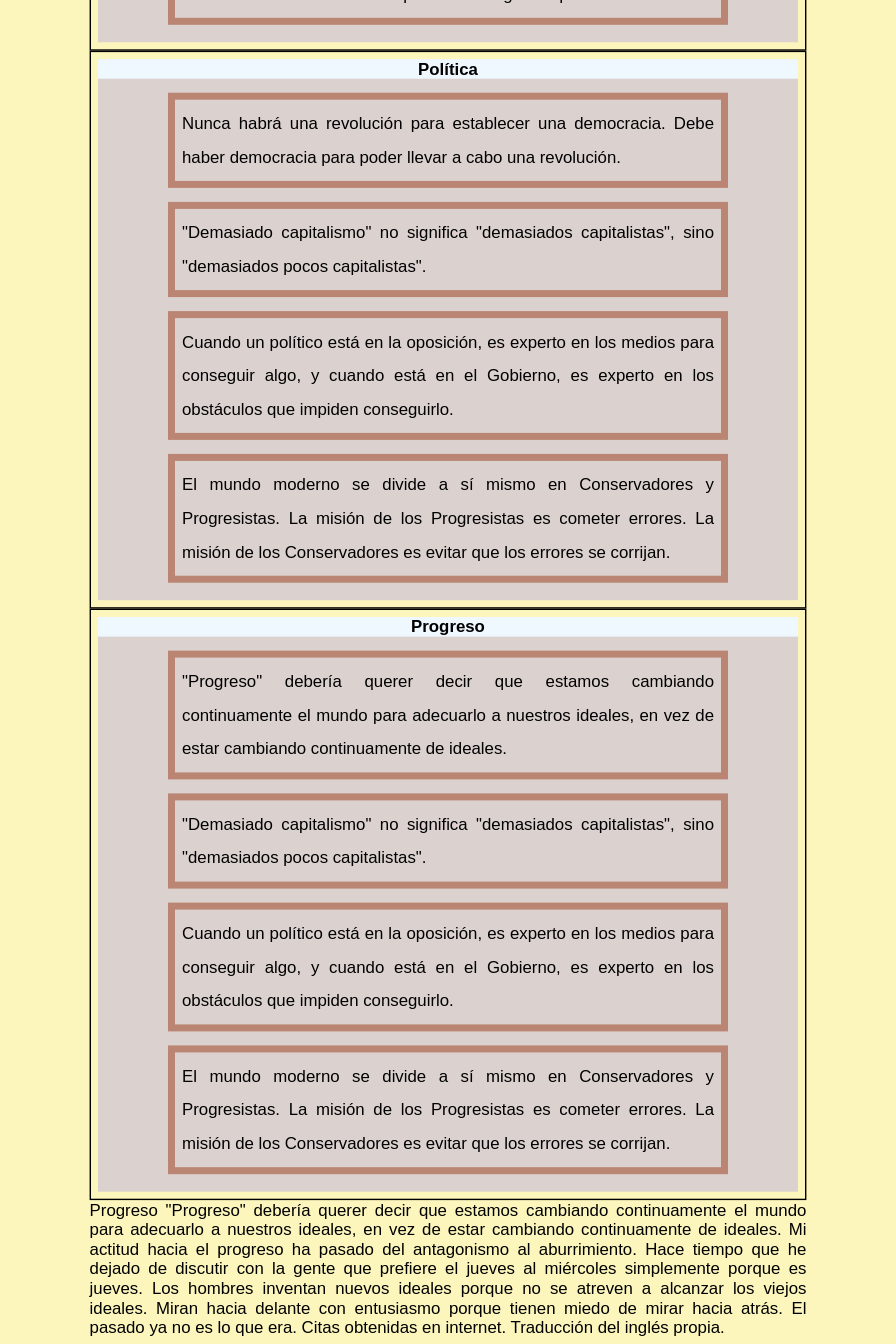
Repository: EmilyMachuca-Developer/Advanced-Programming-Projects
Page: index.html
The author's editor kept a copy of each file at every save. The page is drawn from the files as they stood at one save, then again after the next save.
The browser window is 1280 px wide. The pictures show the part of the page from y = 929 to 2849 px (the page is 2849 px tall before and 2793 px after), at 70% of full size.

Above is the page before, as saved 2024-02-26 20:42:09.

### index.html
<html lang="es">
<head>
<meta charset="utf-8">
<link rel="stylesheet" href="Taller 2/css/style.css">
<title>Emily Machuca</title>
</head>

<body>
    <div style="background-color: rgb(150, 202, 185);">
        <h1>Citas de Gilbert Keith Chesterton</h1> <br><br>
        <p><strong>Gilbert Keith Chesterton</strong> (Londres, 29 de mayo de 1874 - Beaconsfield, 14 de junio de 1936), más conocido como G. K. Chesterton, fue un escritor y periodista británico de inicios del siglo XX, calificado a menudo como el "príncipe de las paradojas". Cultivó, entre otros géneros, el ensayo, la narración, la biografía, la lírica, el periodismo y el libro de viajes.</p>
        <p>Su personaje más famoso es el Padre Brown, un sacerdote católico de apariencia ingenua, cuya agudeza psicológica hace de él un detective formidable, y que protagonizó más de cincuenta historias reunidas en cinco volúmenes, publicados entre 1911 y 1935.</p>
    </div>
    <main><section><div style="background-color: aliceblue;"><h7><strong><center>Capitalismo</center></strong></h7></div>
        <div><p>Un ciudadano apenas puede distinguir un impuesto de una multa, salvo que la multa suele ser más barata.</p>
            <div><p>"Demasiado capitalismo" no significa "demasiados capitalistas", sino "demasiados pocos capitalistas".</p></div>
            <div><p>El capitalismo es ese sistema comercial que proporciona respuestas inmediatas ante cualquier demanda y en el que todo el mundo parece totalmente insatisfecho e incapaz de conseguir lo que desea.</p></div>
        </div></section></main>

        <main><section><div style="background-color: aliceblue;"><h7><strong><center>Política</center></strong></h7></div>
            <div><p>Nunca habrá una revolución para establecer una democracia. Debe haber democracia para poder llevar a cabo una revolución.</p>
                <div><p>"Demasiado capitalismo" no significa "demasiados capitalistas", sino "demasiados pocos capitalistas".</p></div>
                <div><p>Cuando un político está en la oposición, es experto en los medios para conseguir algo, y cuando está en el Gobierno, es experto en los obstáculos que impiden conseguirlo.</p></div>
                <div><p>El mundo moderno se divide a sí mismo en Conservadores y Progresistas. La misión de los Progresistas es cometer errores. La misión de los Conservadores es evitar que los errores se corrijan.</p></div>
            </div></section></main>

            <main><section><div style="background-color: aliceblue;"><h7><strong><center>Progreso</center></strong></h7></div>
                <div><p>"Progreso" debería querer decir que estamos cambiando continuamente el mundo para adecuarlo a nuestros ideales, en vez de estar cambiando continuamente de ideales.</p>
                    <div><p>"Demasiado capitalismo" no significa "demasiados capitalistas", sino "demasiados pocos capitalistas".</p></div>
                    <div><p>Cuando un político está en la oposición, es experto en los medios para conseguir algo, y cuando está en el Gobierno, es experto en los obstáculos que impiden conseguirlo.</p></div>
                    <div><p>El mundo moderno se divide a sí mismo en Conservadores y Progresistas. La misión de los Progresistas es cometer errores. La misión de los Conservadores es evitar que los errores se corrijan.</p></div>
                </div></section></main>













Progreso

"Progreso" debería querer decir que estamos cambiando continuamente el mundo para adecuarlo a nuestros ideales, en vez de estar cambiando continuamente de ideales.

Mi actitud hacia el progreso ha pasado del antagonismo al aburrimiento. Hace tiempo que he dejado de discutir con la gente que prefiere el jueves al miércoles simplemente porque es jueves.

Los hombres inventan nuevos ideales porque no se atreven a alcanzar los viejos ideales. Miran hacia delante con entusiasmo porque tienen miedo de mirar hacia atrás.

El pasado ya no es lo que era.

Citas obtenidas en internet. Traducción del inglés propia.
</body>
</html>

### Taller 2/css/style.css
body {
    margin: 10px 10%;
    background-color: fcf6bd;
    font-family: sans-serif;
    font-size: 1.5rem;
    text-align: justify;
  }

  header {
    padding: 0 10px;
    background-color: hwb(0 94% 6% / 0.767);
  }

  h1 {
    margin: 0;
    font-size: 4rem;
    text-align: center;
  }

  main {
    display: block;
    border: rgb(0, 0, 0) 2px solid;
    padding: 10px;

  }

  section {
    padding-bottom: 5px;
    background-color: hwb(17 81% 14%)
  }

  section + section {
    margin-top: 40px;
  }

  h2 {
    margin: 0;
    padding-left: 10px;
    background-color: white;
  }

  section p {
    border: hwb(16 45% 27%)10px solid;
    margin: 20px 10%;
    padding: 10px;
    color: rgb(0, 0, 0);
    line-height: 200%;
  }

  footer {
    border-top: black 5px solid;
    margin: 20px 0;
    padding: 0 10px;
    background-color: hwb(15 50% 40%);
    font-size: 1.2rem;
  }

After the next save:
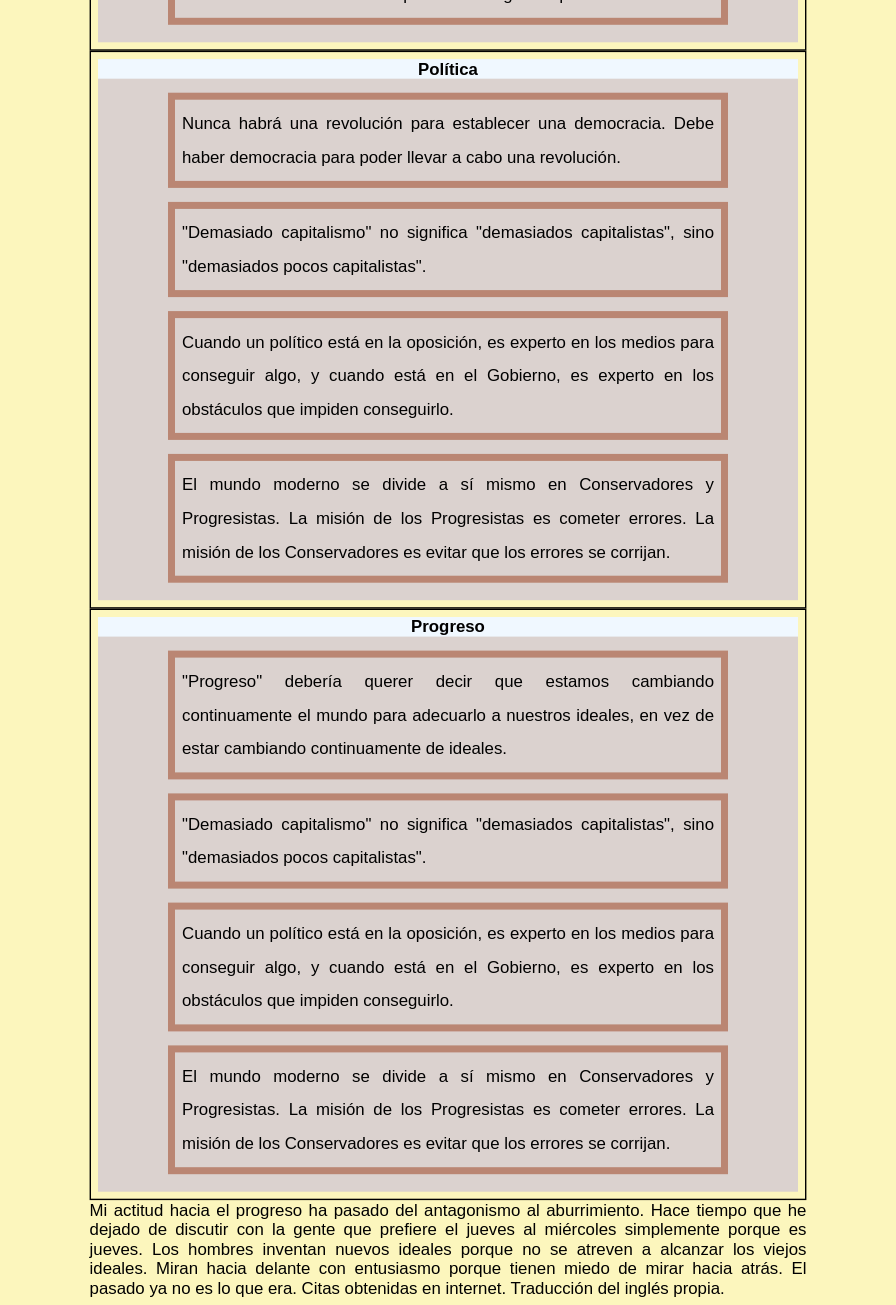
Saved 7 s later.
--- a/index.html
+++ b/index.html
@@ -43,9 +43,7 @@
 
 
 
-Progreso
 
-"Progreso" debería querer decir que estamos cambiando continuamente el mundo para adecuarlo a nuestros ideales, en vez de estar cambiando continuamente de ideales.
 
 Mi actitud hacia el progreso ha pasado del antagonismo al aburrimiento. Hace tiempo que he dejado de discutir con la gente que prefiere el jueves al miércoles simplemente porque es jueves.
 
